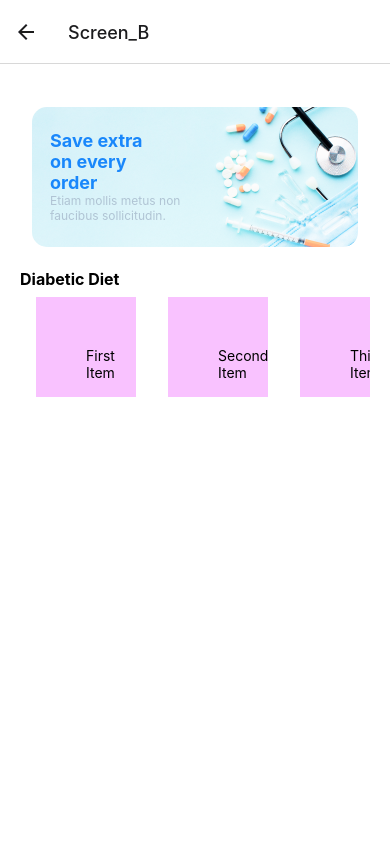
Repository: ntu34543/designReactNative
Screen: /Screen_B
These files come from the project's save history. The screen is drawn as it stood at one moment and after a run of saves; the edit follows.
The app was drawn by React Native's web renderer in a window 390 px wide. The project was rebuilt for these pictures with package versions that can differ from the ones it lists, and the page was loaded fresh each time.

Above is the screen before, as saved 2022-10-21 15:29:06.

After the next 2 saves:
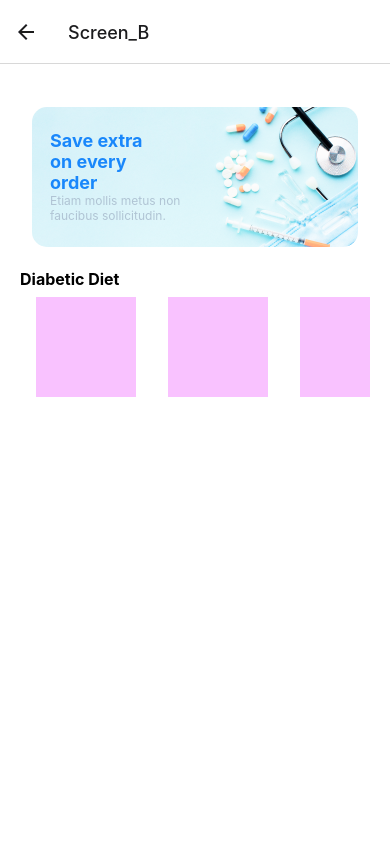
The 2 saves are shown as one change because they came seconds apart.
The last was saved 109 s later.
--- a/page/DiabetesCare.js
+++ b/page/DiabetesCare.js
@@ -15,15 +15,15 @@ export default function ScreenB({ navigation }) {
   const DATA = [
     {
       id: "bd7acbea-c1b1-46c2-aed5-3ad53abb28ba",
-      title: "First Item",
+      name: "First Item",
     },
     {
       id: "3ac68afc-c605-48d3-a4f8-fbd91aa97f63",
-      title: "Second Item",
+      name: "Second Item",
     },
     {
       id: "58694a0f-3da1-471f-bd96-145571e29d72",
-      title: "Third Item",
+      name: "Third Item",
     },
   ];
 
